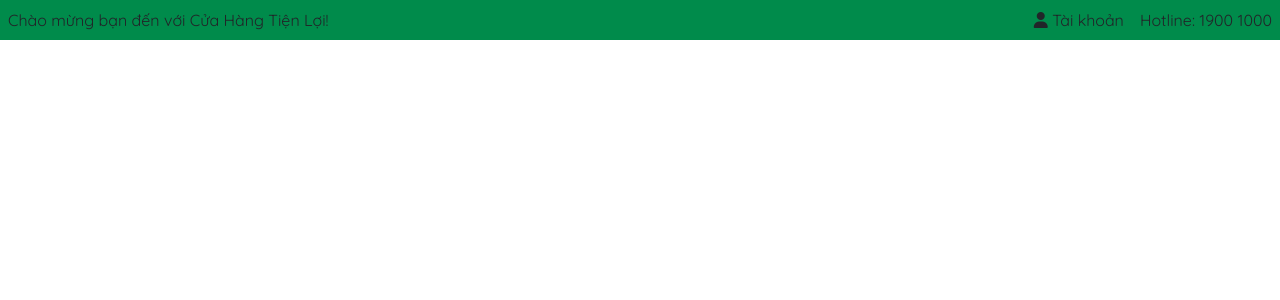
Repository: PAnhDuc/food.demo
Page: index.html
An editor plug-in stored every save of this project. The page is shown before and after the next save, followed by the edit.
The browser window is 1280 px wide. The pictures show the whole page.
Some web libraries are served in a nearby version.

Above is the page before, as saved 2024-11-13 19:47:25.

After the next save:
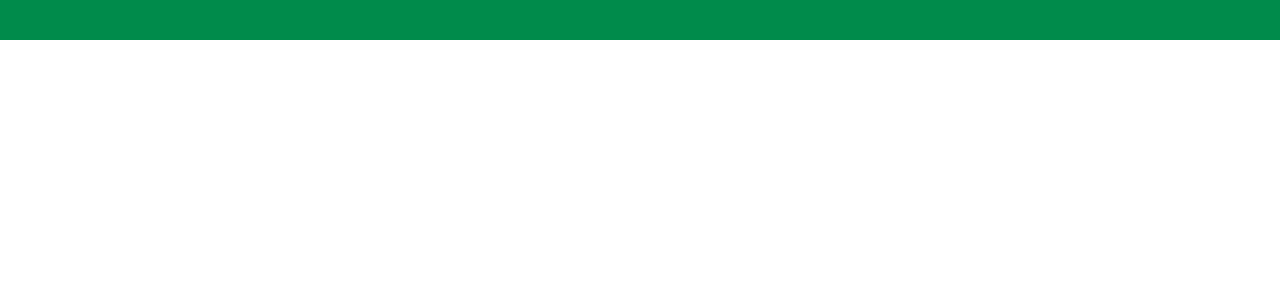
Saved 14 s later.
--- a/index.html
+++ b/index.html
@@ -15,20 +15,7 @@
 
 <body>
     <div class="top-bar">
-        <div class="d-flex mb-3">
-            <div class="me-auto p-2">
-                <p class="top_bar-left">Chào mừng bạn đến với Cửa Hàng Tiện Lợi!</p>
-            </div>
-            <div class="p-2">
-                <p class="top_bar-right">
-                    <i class="fa-solid fa-user"></i>
-                    <span>Tài khoản</span>
-                </p>
-            </div>
-            <div class="p-2">
-                <p class="top_bar-right">Hotline: <span>1900 1000</span></p>
-            </div>
-        </div>
+
     </div>
     <div class="container">
         <div class="header">
